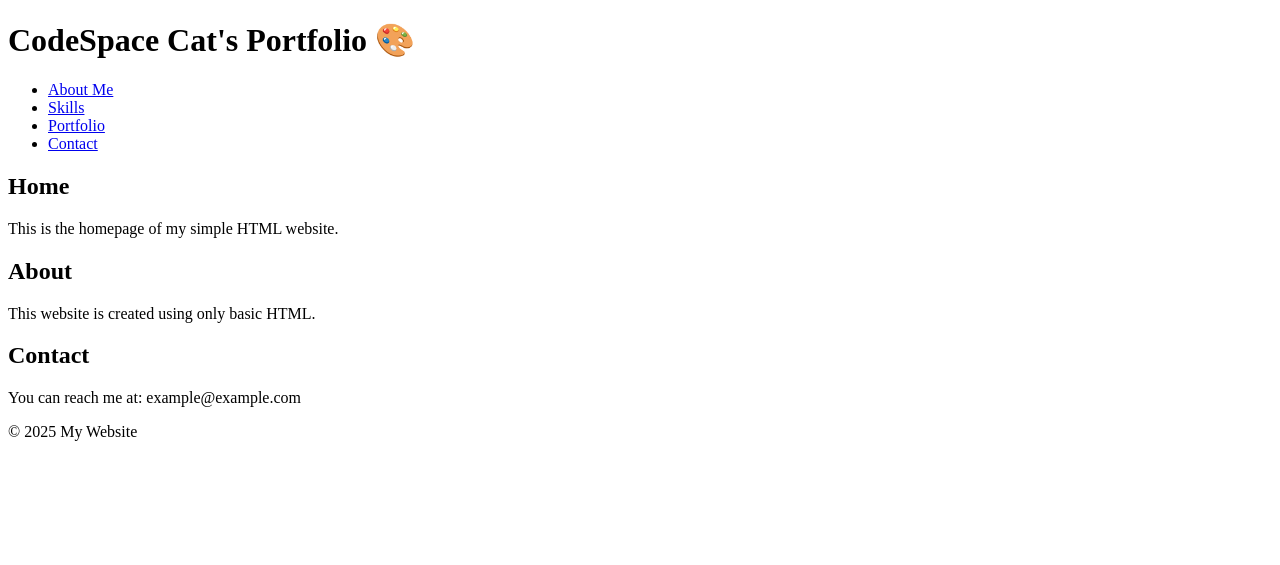
Repository: andajonas/Module_04_ANDJON25111_fto2502_A2_Anda-Jonas_SDF02
Page: index.html
The author's editor kept a copy of each file at every save. The page is drawn from the files as they stood at one save, then again after the next save.
The browser window is 1280 px wide. The pictures show the whole page.

Above is the page before, as saved 2025-03-05 08:56:56.

### index.html
<!DOCTYPE html>
<html>
<head>
    <title>CodeSpace Cat's Portfolio</title>
</head>
<body>
    <header>
        <h1>CodeSpace Cat's Portfolio 🎨</h1>
    </header>
    <nav>
        <ul>
            <li><a href="#about me">About Me</a></li>
            <li><a href="#skills">Skills</a></li>
            <li><a href="#portfolio">Portfolio</a></li>
            <li><a href="#contact">Contact</a></li>
        </ul>
    </nav>
    <section id="about me">
        <h2>Home</h2>
        <p>This is the homepage of my simple HTML website.</p>
    </section>
    <section id="skills">
        <h2>About</h2>
        <p>This website is created using only basic HTML.</p>
    </section>
    <section id="portfolio">
        <h2>Contact</h2>
        <p>You can reach me at: example@example.com</p>
    </section>

    <footer>
        <p>&copy; 2025 My Website</p>
    </footer>
</body>
</html>

After the next save:
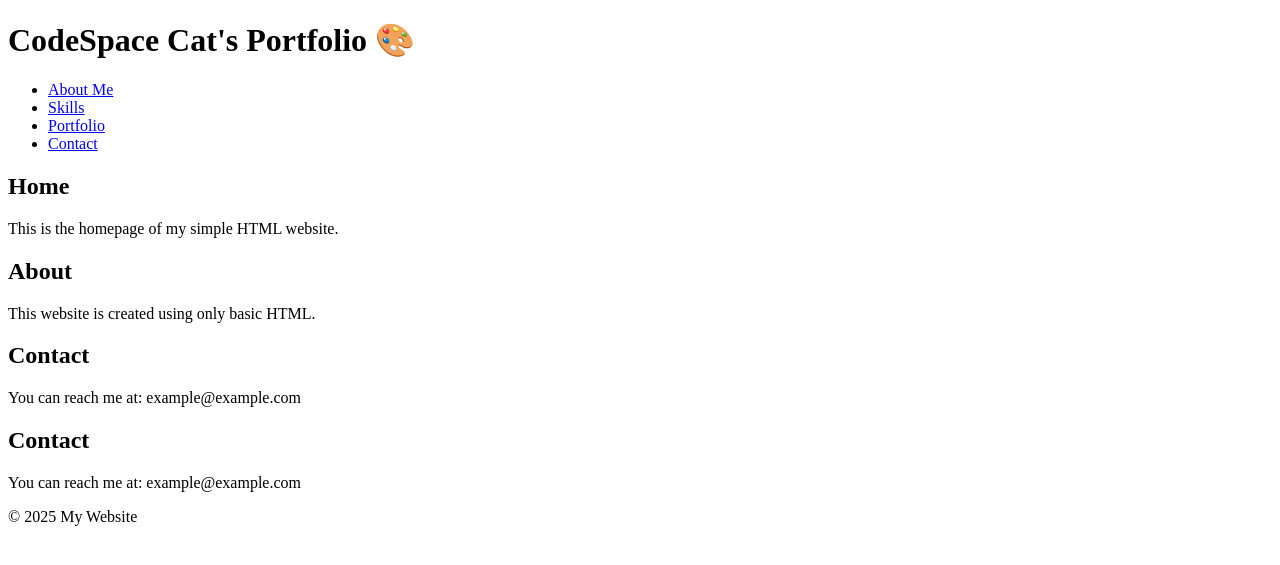
Saved 10 s later.
--- a/index.html
+++ b/index.html
@@ -27,7 +27,9 @@
         <h2>Contact</h2>
         <p>You can reach me at: example@example.com</p>
     </section>
-
+    <section id="portfolio">
+        <h2>Contact</h2>
+        <p>You can reach me at: example@example.com</p>
     <footer>
         <p>&copy; 2025 My Website</p>
     </footer>
